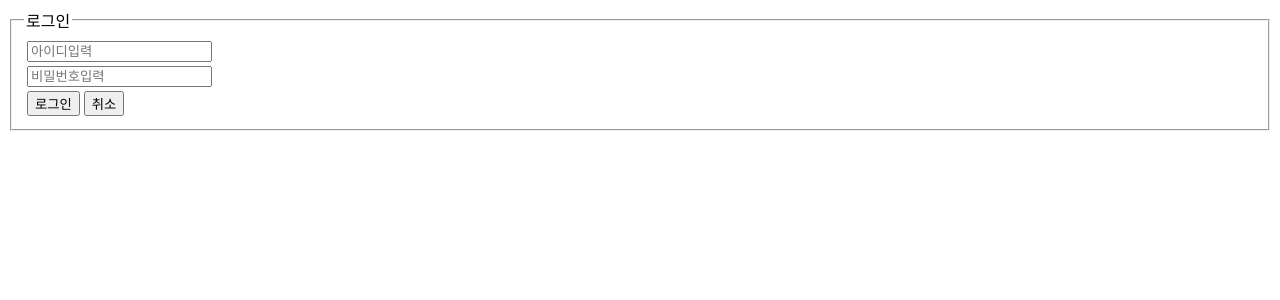
Repository: Rua1006/JSP
Page: http://localhost/practice01/login.jsp
These files come from the project's save history. The page is drawn as it stood at one moment and after the next save; the edit follows.
The browser window is 1280 px wide. The pictures show the whole page.
The page is served by Tomcat 9.

Above is the page before, as saved 2022-10-14 04:47:42.

After the next save:
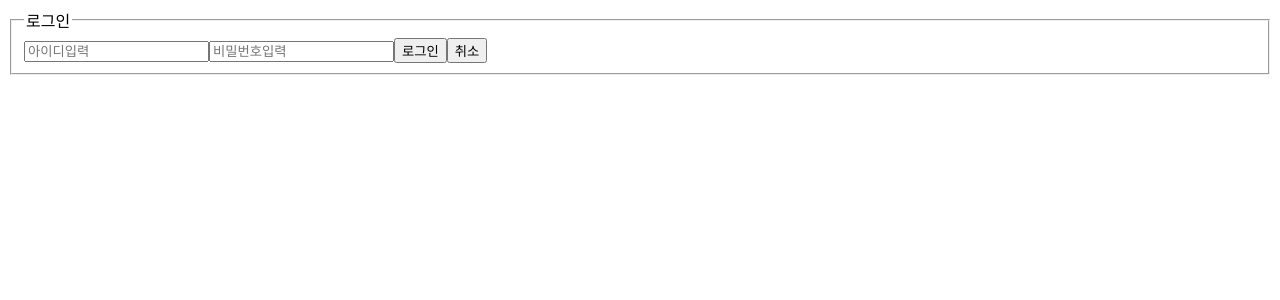
Saved 26 min 58 s later.
--- a/practice01/WebContent/login.jsp
+++ b/practice01/WebContent/login.jsp
@@ -13,22 +13,10 @@
 				<legend>로그인</legend>
 				<table>
 					<tbody>
-						<tr>
-							<td>
-								<input type="text" name="id" id="id" placeholder="아이디입력">
-							</td>
-						</tr>
-						<tr>
-							<td>
-								<input type="password" name="pw" id="pw" placeholder="비밀번호입력">
-							</td>
-						</tr>
-						<tr>
-							<td>
-								<input type="submit" value="로그인">
-								<input type="reset" value="취소">
-							</td>
-						</tr>
+						<input type="text" name="id" id="id" placeholder="아이디입력">
+						<input type="password" name="pw" id="pw" placeholder="비밀번호입력">
+						<input type="submit" value="로그인">
+						<input type="reset" value="취소">
 					</tbody>
 				</table>
 			</fieldset>
